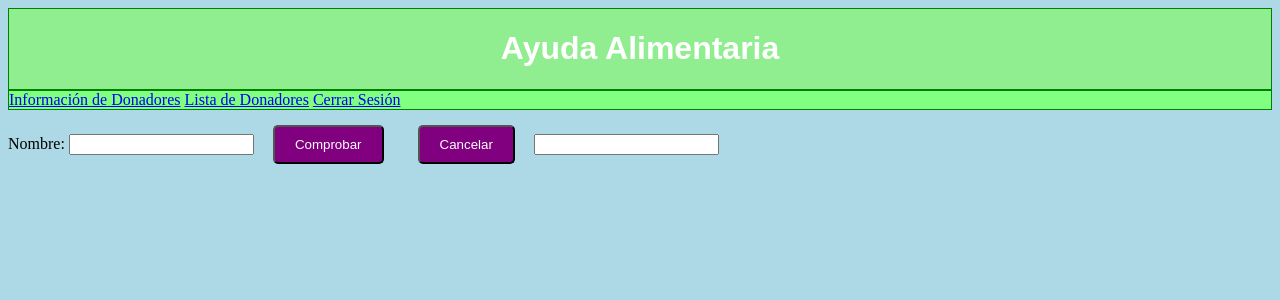
Repository: sonicspeed1/examen1_codigo_bryansantillan
Page: http://localhost/examen_1_bryan_santillan/informacion_donadores.jsp
These files come from the project's save history. The page is drawn as it stood at one moment and after the next save; the edit follows.
The browser window is 1280 px wide. The pictures show the whole page.
The page is served by Tomcat 9.

Above is the page before, as saved 2024-05-26 20:18:43.

After the next save:
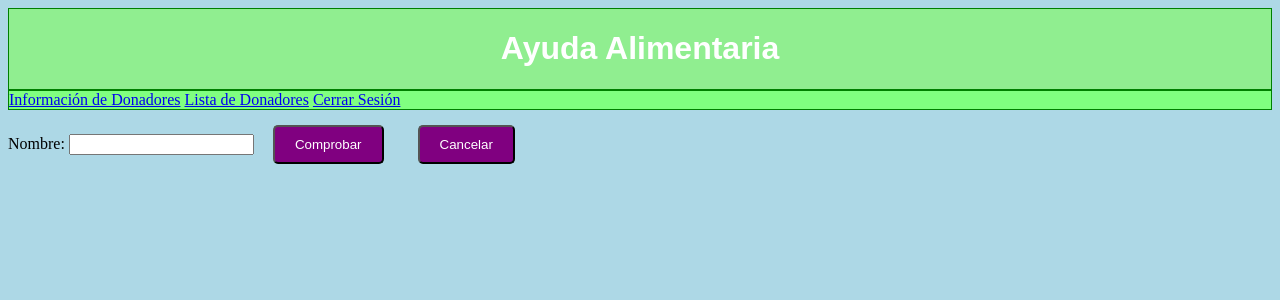
Saved 23 s later.
--- a/examen_1_bryan_santillan/src/main/webapp/informacion_donadores.jsp
+++ b/examen_1_bryan_santillan/src/main/webapp/informacion_donadores.jsp
@@ -22,7 +22,6 @@
 <label>Nombre: <input type="text" name="nom"></label>
 <input type="submit" class="button" value="Comprobar">
 <input type="reset" class="button" value="Cancelar">
-<input>
 </form>
 
 </body>
